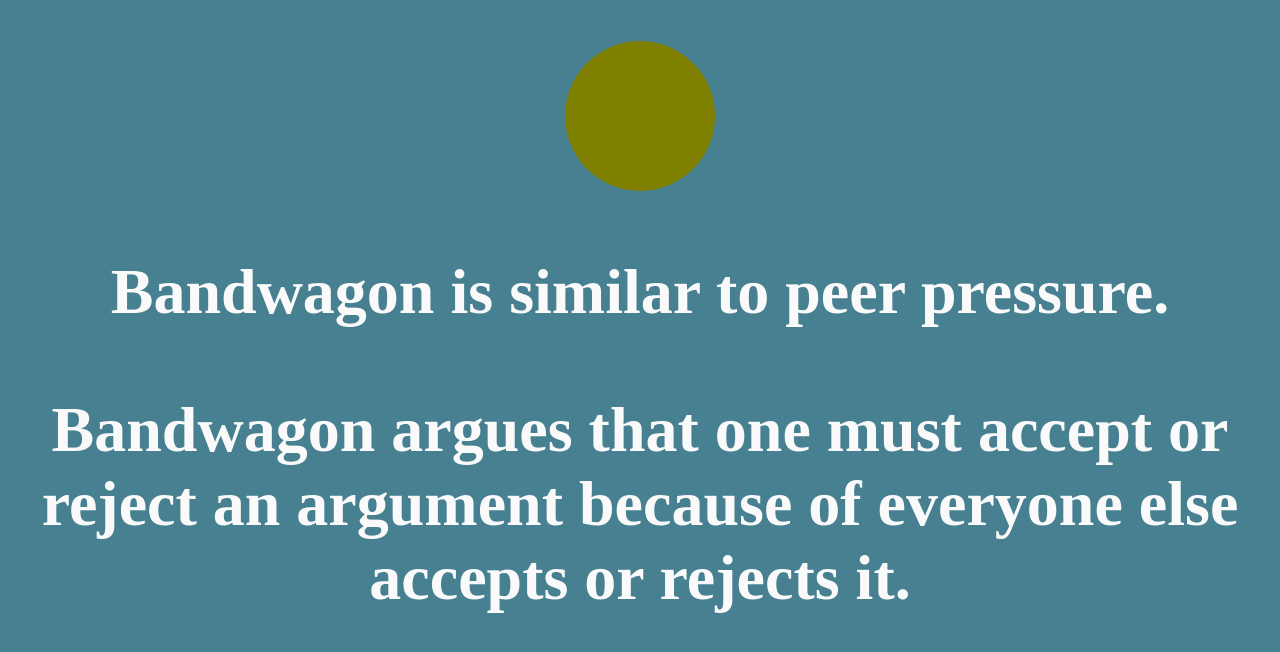
Repository: cindyvunguyen/fallacy
Page: index.html
These files come from the project's save history. The page is drawn as it stood at one moment and after a run of saves; the edit follows.
The browser window is 1280 px wide. The pictures show the whole page.
Some web fonts or font styles are not loaded; a fallback is used.

Above is the page before, as saved 2020-03-13 19:53:01.

### index.html
<!DOCTYPE html>
<html lang="en">
<head>
    <meta charset="UTF-8">
    <meta name="viewport" content="width=device-width, initial-scale=1.0">
    <title>FALLACIES</title>
    <link href="style.css" rel="stylesheet" type="text/css">
</head>
<body>
    <div id="app">

        <!-- CINDY START -->

        <div id="home-page"></div>

        <div id="lets-start-page"></div>

        <div id="question-page"></div>

        <!-- CINDY END -->

        <!-- SOPHIA START -->

        <!-- when making it one page -->

        <div id="correct-incorrect-page">
            <div id="icon"></div>
            <div id="cip-text1">HORRAY!</div> <!-- incorrect, change to "oh no!" -->
            <div id="cip-a-outcome">
                <div id="cip-text2">You avoided the</div> <!-- icorrect, change to "you committed the"-->
                <div id="cip-fallacy">BANDWAGON FALLACY</div>
                <div id="cip-text2">which is</div>
            </div>
            <div id="cip-definition">Listening to what is popular instead of listening to yourself.</div>
            <button class="white-button" onclick="incorrectPage()">NEXT QUESTION</button> <!-- placeholder for js page switch-->
        </div>

        <div id="results-page">
            <div id="rp-text">
                <div id="rp-message">YOU GOT...</div> <!-- game over, change to "game over" -->
                <div id="rp-results"># out of 10 scenarios</div>  <!-- game over, change to "you commited too many fallacies" -->
                <div id="rp-congrats">AMAZING JOB!</div> <!-- game over, message disappears -->
            </div>
            <button class="grey-button" onclick="gameOver()">VIEW FALLACIES</button>
        </div>

        <!-- SOPHIA END -->

        <!-- CHLOE START -->

        <div id="review-page">
            <div id="rp-text">LET'S SUM UP<br>WHAT WE'VE GOT SO FAR!</div>
        </div>

        <!-- <div id="review2-page">
            <span id="r2-bold">A fallacy</span> is when someone is using <span id="r2-emphasis"> bad reasoning</span> when trying to make a point or argument.
        </div> -->

        <div id="fallacy-review-page"></div>

        <div id="three-fallacies-page">
            <div id="icon"></div>
            <div id="tfp-text">
                <p>Bandwagon is similar to peer pressure.</p>
                <p>Bandwagon argues that one must accept or reject an argument because of everyone else accepts or rejects it.</p>
            </div>
        </div>
        <!-- change the page's content with JS to show all three fallacies when clicked -->

        <!-- CHLOE END -->
        <script src="js.js"></script>
    </div>
</body>
</html>

### style.css
body {
    margin: 0;
}

#app {
    width: 100vw;
    height: 100vh;
    font-family: Visby;
    background-color: #468091;
    color: #FAFAFA;
}

@font-face {
    font-family: Visby;
    src: url(fonts/VisbyRoundCF-Regular.otf) format("woff");
}

@font-face {
    font-family: Visby;
    src: url(fonts/VisbyRoundCF-ExtraBold.otf) format("woff");
    font-weight: bold;
}

.pink-button {
    height: 100px;
    width: 700px;
    background-color: #ed2265;
    border: 0px;
    border-radius: 75px;
    font-family: Visby;
    font-weight: bold;
    font-size: 36pt;
    color: #FAFAFA;
    outline: 0;
}

.pink-button:active {
    background-color: #9c1542;
}

.white-button {
    height: 100px;
    width: 700px;
    background-color: #FAFAFA;
    border: 0px;
    border-radius: 75px;
    font-family: Visby;
    font-weight: bold;
    font-size: 36pt;
    color: #303030;
    outline: 0;
}

.white-button:active {
    background-color: #9e9e9e;
}

.grey-button {
    height: 100px;
    width: 700px;
    background-color: #303030;
    border: 0px;
    border-radius: 75px;
    font-family: Visby;
    font-weight: bold;
    font-size: 36pt;
    color: #FAFAFA;
    outline: 0;
}

.grey-button:active {
    background-color: #000000;
}

/* CINDY START */

/* CINDY END */

/* SOPHIA START */

/* correct page */
#correct-incorrect-page {
    width: 100vw;
    height: 100vh;
    /* display: flex; */
    display: none;
    flex-direction: column;
    align-items: center;
    justify-content: center;
    background-color: #6eb748; /* incorrect, change to #860000*/
}

#icon {
    background-color: olive;
    width: 150px;
    height: 150px;
    border-radius: 50%;
}

#cip-text1 {
    font-size: 36pt;
    font-weight: bold;
    padding: 35px 0;
}

#cip-text2 {
    font-size: 16pt;
    font-weight: bold;
}

#cip-fallacy {
    font-size: 36pt;
    font-weight: bold;
}

#cip-definition {
    font-size: 16pt;
    line-height: 150px;
}

#cip-a-outcome {
    line-height: 60px;
    display: flex;
    flex-direction: column;
    align-items: center;
    justify-content: center;
}

/* results page */
#results-page {
    width: 100vw;
    height: 100vh;
    /* display: flex; */
    display: none;
    flex-direction: column;
    align-items: center;
    justify-content: center;
    /* background-color: #860000; */ /* for game over page when combined */
}

#rp-text {
    padding: 0 0 75px 0;
    line-height: 75px;
    display: flex;
    flex-direction: column;
    align-items: center;
    justify-content: center;
}

#rp-message {
    font-size: 48pt;
    font-weight: bold;
}

#rp-results {
    font-size: 16pt;
    font-weight: bold;
}

#rp-congrats {
    font-size: 48pt;
    font-weight: bold;
}

/* SOPHIA END */

/* CHLOE START */

/* review page */
#review-page {
    width: 100vw;
    height: 100vh;
    /* display: flex; */
    display: none;
    flex-direction: column;
    align-items: center;
    justify-content: center;
    }

/* #rp-text {
    font-size: 48pt;
    font-weight: bold;
    text-align: center;
}


#r2-bold {
    font-weight: bold;
}

#r2-emphasis {
    color: #F5FD37;
} */

#three-fallacies-page {
    width: 100vw;
    height: 100vh;
    display: flex;
    /* display: none; */
    flex-direction: column;
    align-items: center;
    justify-content: center;
}

#tfp-text {
    font-size: 48pt;
    font-weight: bold;
    text-align: center;
}

/* CHLOE END */

### js.js
// CINDY START

// CINDY END

// SOPHIA START

//            fallacy:"BANDWAGON FALLACY",
//            definition:"Listening to what is popular instead of listening to yourself."

//            fallacy:"APPEAL TO EMOTIONS",
//            definition:"Using people's feelings to convince them or win an argument."

//            fallacy:"AD HOMINEM",
//            definition:"Attacking someone instead of listening to what they're saying."

function incorrectPage() {
    document.querySelector("#correct-incorrect-page").style.backgroundColor = "#860000";
    document.querySelector("#cip-text1").innerText = "OH NO!";
    document.querySelector("#cip-text2").innerText = "You committed the";
    document.querySelector("#icon").style.backgroundColor = "#b34c20";
}

function gameOver() {
    document.querySelector("#results-page").style.backgroundColor = "#860000";
    document.querySelector("#rp-message").innerText = "GAME OVER";
    document.querySelector("#rp-results").innerText = "You committed too many fallacies";
    document.querySelector("#rp-congrats").style.display = "none";
}

// SOPHIA END

// CHLOE START

// CHLOE END

After the next 2 saves:
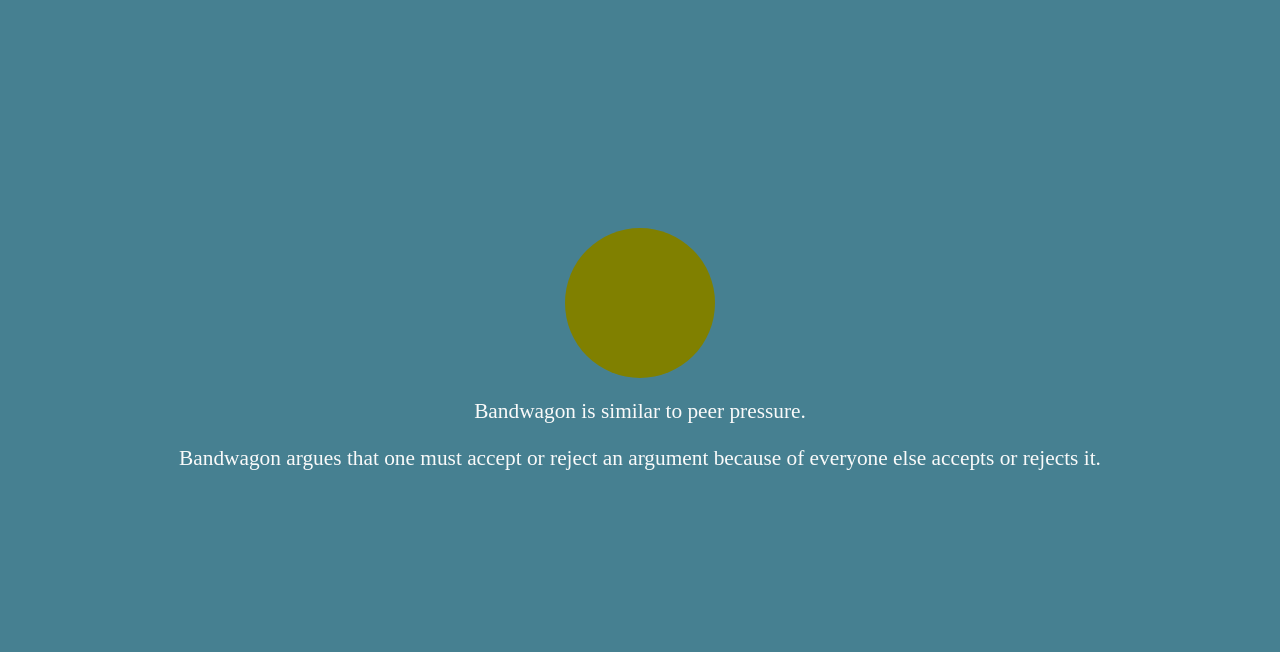
The 2 saves are shown as one change because they came seconds apart.
The last was saved 9 s later.
--- a/style.css
+++ b/style.css
@@ -203,8 +203,7 @@ body {
 }
 
 #tfp-text {
-    font-size: 48pt;
-    font-weight: bold;
+    font-size: 16pt;
     text-align: center;
 }
 
